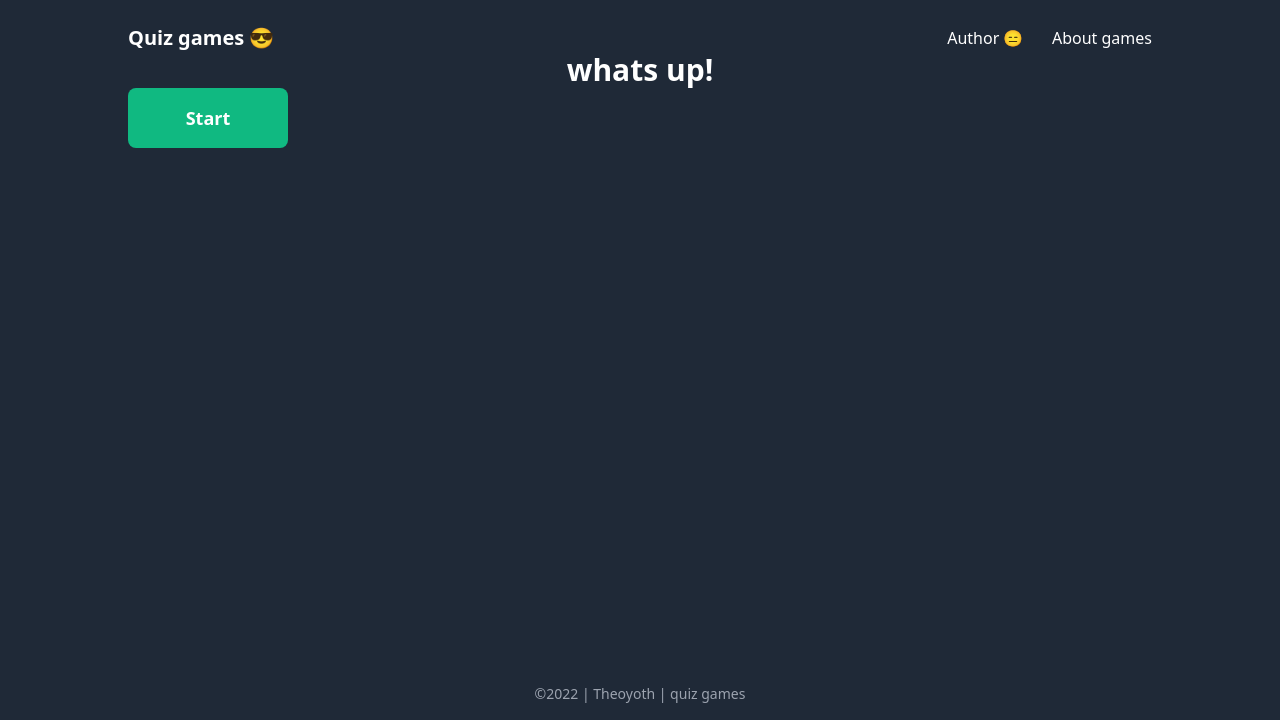
Repository: theoyoth/quiz-game
Page: /
These files come from the project's save history. The page is drawn as it stood at one moment and after the next save; the edit follows.
The browser window is 1280 px wide. The pictures show the whole page.
The project was rebuilt for these pictures with package versions that can differ from the ones it lists, and the page was loaded fresh each time. The framework's server and built-in components were replaced by stand-ins that run in the browser. Also part of the build but not shown: nuxt.config.js, components/EndPage.vue, layouts/404.vue, layouts/error.vue, layouts/errorLayout.vue.

Above is the page before, as saved 2022-06-14 17:42:11.

After the next save:
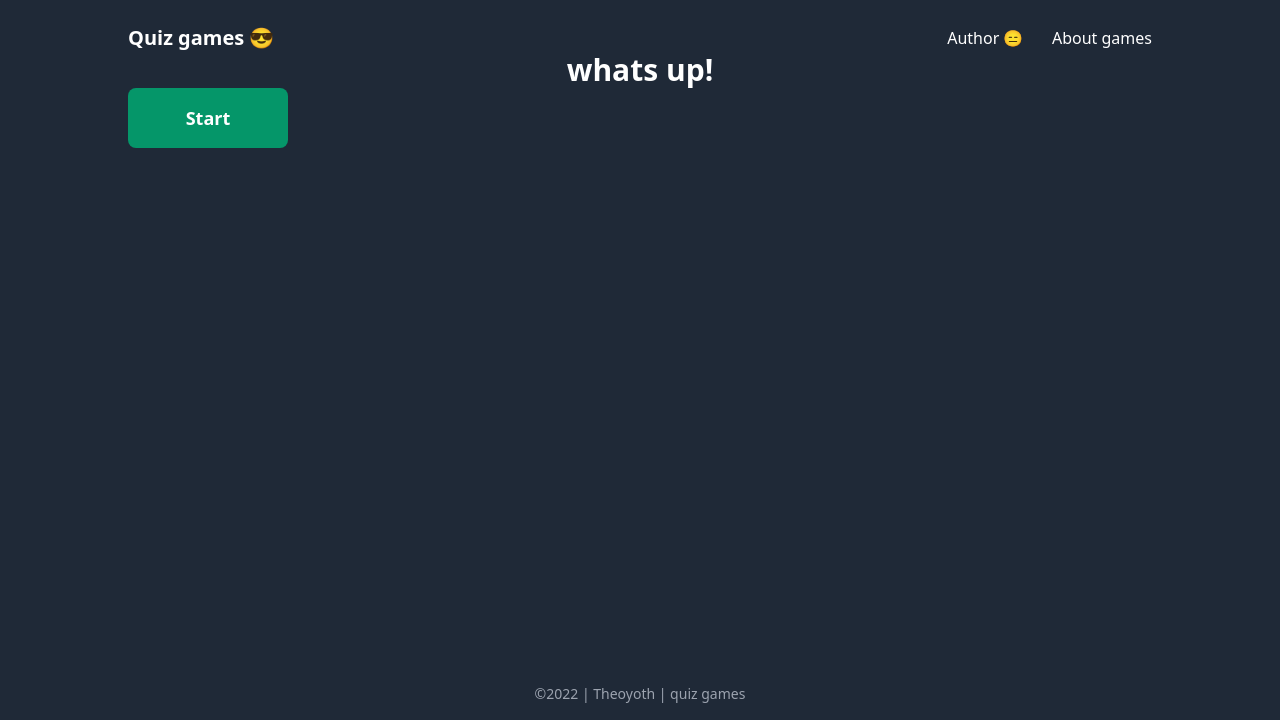
Saved 8 s later.
--- a/pages/index.vue
+++ b/pages/index.vue
@@ -3,7 +3,7 @@
     <h1 class="text-3xl font-bold text-center">whats up!</h1>
     <div>
       <NuxtLink to="/game">
-        <div class="w-40 p-4 bg-green-500 rounded-lg text-center">
+        <div class="w-40 p-4 bg-green-600 rounded-lg text-center">
           <p class="font-semibold text-lg">Start</p>
         </div>
       </NuxtLink>
